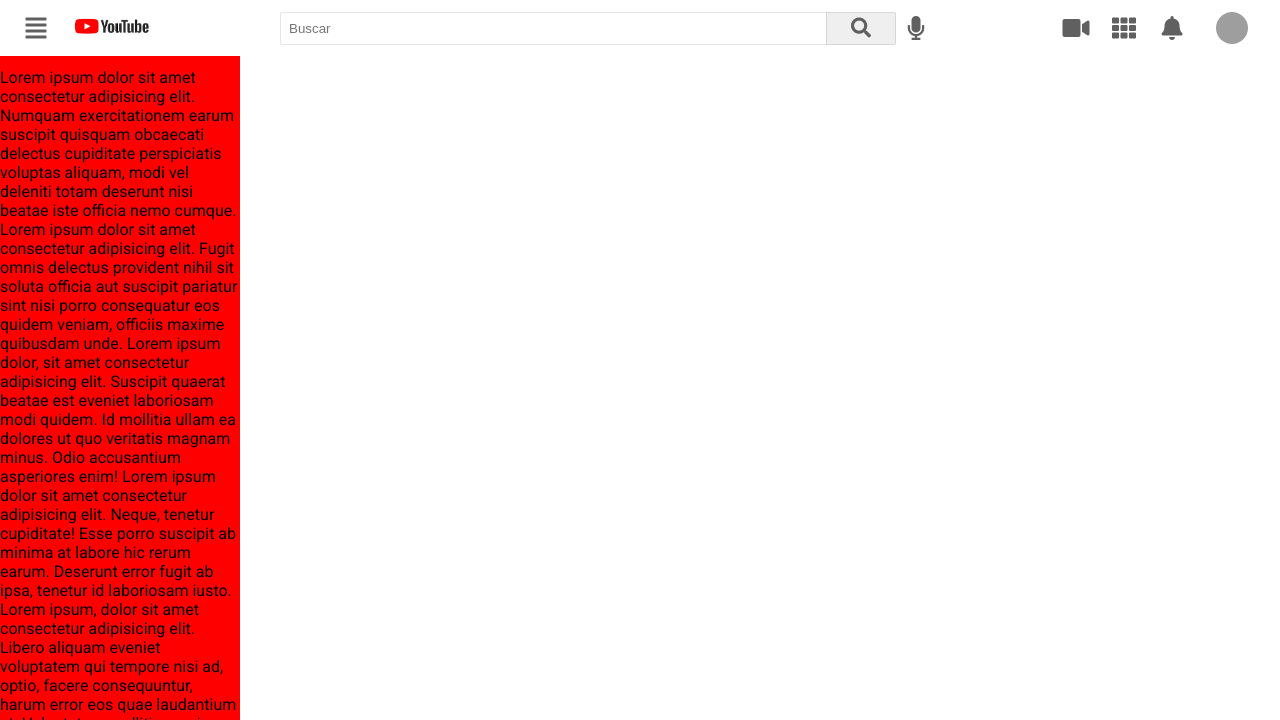
Repository: RobertAries28/ClonYoutube
Page: index.html
These files come from the project's save history. The page is drawn as it stood at one moment and after the next save; the edit follows.
The browser window is 1280 px wide. The pictures show the whole page.
Pictures or frames that could not be fetched are drawn as grey boxes. Some web libraries are served in a nearby version.

Above is the page before, as saved 2021-08-30 23:29:16.

### index.html
<!DOCTYPE html>
<html lang="en">
<head>
    <meta charset="UTF-8">
    <meta http-equiv="X-UA-Compatible" content="IE=edge">
    <meta name="viewport" content="width=device-width, initial-scale=1.0">
    <link rel="stylesheet" href="style.css">
    <link rel="stylesheet" href="https://use.fontawesome.com/releases/v5.8.1/css/all.css" integrity="sha384-50oBUHEmvpQ+1lW4y57PTFmhCaXp0ML5d60M1M7uH2+nqUivzIebhndOJK28anvf" crossorigin="anonymous">


    <title>Document</title>
</head>
<body>
   <header class="main-header">
       <div class="place-center button-container">
            <button class=" action-button fas fa-align-justify"></button>
            <img class="logo" src="data:[embedded picture, 3218 characters]" alt="">
        </div>


       <div class="middle place-center">
           <form class=" place-center form-search">
               <input type="search" placeholder="Buscar" class="input">
              <button class="submit fas fa-search" data-tooltip="Buscar"></button>
            </form>

           <button data-tooltip="Haz busqueda por voz" class=" action-button fas fa-microphone"></button>
       </div>

       <div class="place-center button-container">


        <button data-tooltip="Crear" class=" action-button fas fa-video"></button>
        <button data-tooltip="Aplicaciones de youtube" class=" action-button fas fa-th"></button>
        <button  data-tooltip="Notificaciones" class=" action-button fas fa-bell"></button>
        <div class="user">
           <div class="user-avatar">

               <img class="image" src="https://i.pinimg.com/280x280_RS/7d/d0/f4/7dd0f465ad261b24bc09a1508da78cc1.jpg" alt="">
           </div>
        </div>
       </div>
   </header>

   <div class="main-sidebar">
    Lorem ipsum dolor sit amet consectetur adipisicing elit. Numquam exercitationem earum suscipit quisquam obcaecati delectus cupiditate perspiciatis voluptas aliquam, modi vel deleniti totam deserunt nisi beatae iste officia nemo cumque.
    Lorem ipsum dolor sit amet consectetur adipisicing elit. Fugit omnis delectus provident nihil sit soluta officia aut suscipit pariatur sint nisi porro consequatur eos quidem veniam, officiis maxime quibusdam unde.
    Lorem ipsum dolor, sit amet consectetur adipisicing elit. Suscipit quaerat beatae est eveniet laboriosam modi quidem. Id mollitia ullam ea dolores ut quo veritatis magnam minus. Odio accusantium asperiores enim!
    Lorem ipsum dolor sit amet consectetur adipisicing elit. Neque, tenetur cupiditate! Esse porro suscipit ab minima at labore hic rerum earum. Deserunt error fugit ab ipsa, tenetur id laboriosam iusto.
    Lorem ipsum, dolor sit amet consectetur adipisicing elit. Libero aliquam eveniet voluptatem qui tempore nisi ad, optio, facere consequuntur, harum error eos quae laudantium ut. Voluptatem mollitia aperiam quidem fugit?
    Lorem ipsum dolor sit amet consectetur adipisicing elit. Consectetur at alias sed maiores nihil illum natus vitae delectus aliquid! Maxime temporibus, nam nobis fugiat vitae id? Totam odit similique voluptates!
    Lorem ipsum dolor sit amet consectetur adipisicing elit. Mollitia quam quos dolore iusto molestiae necessitatibus velit commodi? Modi, iure quos. Fuga ab aperiam cupiditate id, harum dolorum asperiores sunt! Sit.
   </div>
</body>
</html>

### style.css

@import url('https://fonts.googleapis.com/css2?family=Roboto:wght@400;500&display=swap');

*{
    margin:  0;
    padding: 0;
    box-sizing: border-box;
}

 /* variables globales */

:root{
    /* colores*/
    --accent-color: #ff0000;
    --grey-color: #909090;
    --grey-color-alt: #CCC;
    --border-color: rgba(0,0,0,0.1);

    /*colores de fondo*/
    --bg-color: #fff;
     --bgcolor-alt: #f9f9f9;
     --bg-color-active: #e5e5e5;

     /*colores de texto*/

     --text-color: #030303;
     --text-color-alt: #606060;
     --text-color-white: #fff;

  /* fuentes */
     --body-font : 'Roboto',sans-serif;


     /* Tamaño de texto*/
--big-font-size: 1.125rem;
--normal-font-size: 1rem;
--small-font-size: 0.875rem;
--smaller-font-size: 0.75rem;
--font-bold: 500;

/* otros*/
  --header-height: 56px;
  --z-tooltip: 25;
  --z-fixed: 100;
  --border-radius: 2px;
}



body{
    font-family: var(--body-font);
}

h1,h2,h3,h4,h5,h6,b{
    font-weight: var(--font-bold);
}

button{

}

img{
    width: 100%;
}

.place-center{
    display: flex;
    justify-content: center;
    align-items: center;
}

.button-container{
    display: flex;
    gap: 0.5rem;
}

/******------cabecera principal -----***/

.main-header{
    height: var(--header-height);

    display: flex;
    justify-content: space-between;
    padding: 0 1rem;
    align-items: center;
    position: fixed;
    width: 100%;
    left: 0;
    top: 0;
    z-index: var(--z-fixed);

}

.main-header img{
    height: 56px;
}

.main-header .logo{
    width: 6rem;
}

.main-header .middle{
    flex-basis: 720px;

    padding: 0 2rem;
}

.main-header .form-search{
 flex-grow: 1;
 align-items: stretch;
}

.main-header .input{
    flex-grow: 1;
    padding: 0.5rem;
    border: 1px solid var(--border-color);
    border-right: 0;
    border-radius: var(--border-radius) 0 0 var(--border-radius);


}

.main-header .submit{
    padding: 0 1.5rem;
    border: 1px solid var(--border-color);
    font-size: 1.25rem;
    color: var(--text-color-alt);
    border-radius: 0 var(--border-radius) var(--border-radius) 0;
    cursor: pointer;
}



/*----Avatar del usuario----*/
.user-avatar{
    --size: 2rem;
    width:  var(--size);
    height: var(--size);
    cursor: pointer;
    flex: none;

}

.user{
    padding: 0 1rem;
}

.user-avatar .image{
    width: 100%;
    height: 100%;
    object-fit: cover;
    border-radius: 50%;
}


/* Botones de accion **/
.action-button{
    --size: 2.5rem;
    height: var(--size);
    width: var(--size);
    border-radius: 50%;
    border: 1px solid transparent;
    background: none;
    transition: border-color 1s;
    cursor: pointer;
}
.action-button::before{
    color: var(--text-color-alt);
    font-size: 1.5rem;
}

.action-button:active{
    background-color: var(--bg-color-active) ;
    border-color: var(--bg-color-active);
}


/* tooltip*/
[data-tooltip]{
    position: relative;
}

[data-tooltip]:hover::after{
    opacity: 1;
}

[data-tooltip]::after{
    content: attr(data-tooltip);
    position: absolute;
    left: 50%;
    top: 3.5rem;
    transform: translateX(-50%);
    padding: 0.5rem;
    background-color: var(--text-color-alt);
    color: var(--text-color-white);
    font-family: var(--body-font);
    font-size: var(--smaller-font-size);
    border-radius: var(--border-radius);
       white-space: nowrap;
       opacity: 0;
    pointer-events:none;
    transition: opacity 0.5s;
    z-index: var(--z-tooltip);
}


/***** menu lateral***/

.main-sidebar{
    position: fixed;
    top: var(--header-height);
    height: calc(100vh - var(--header-height));
    width: 240px;
    padding: 0.75rem 0;
    background-color: red;
    overflow: auto;
}

After the next save:
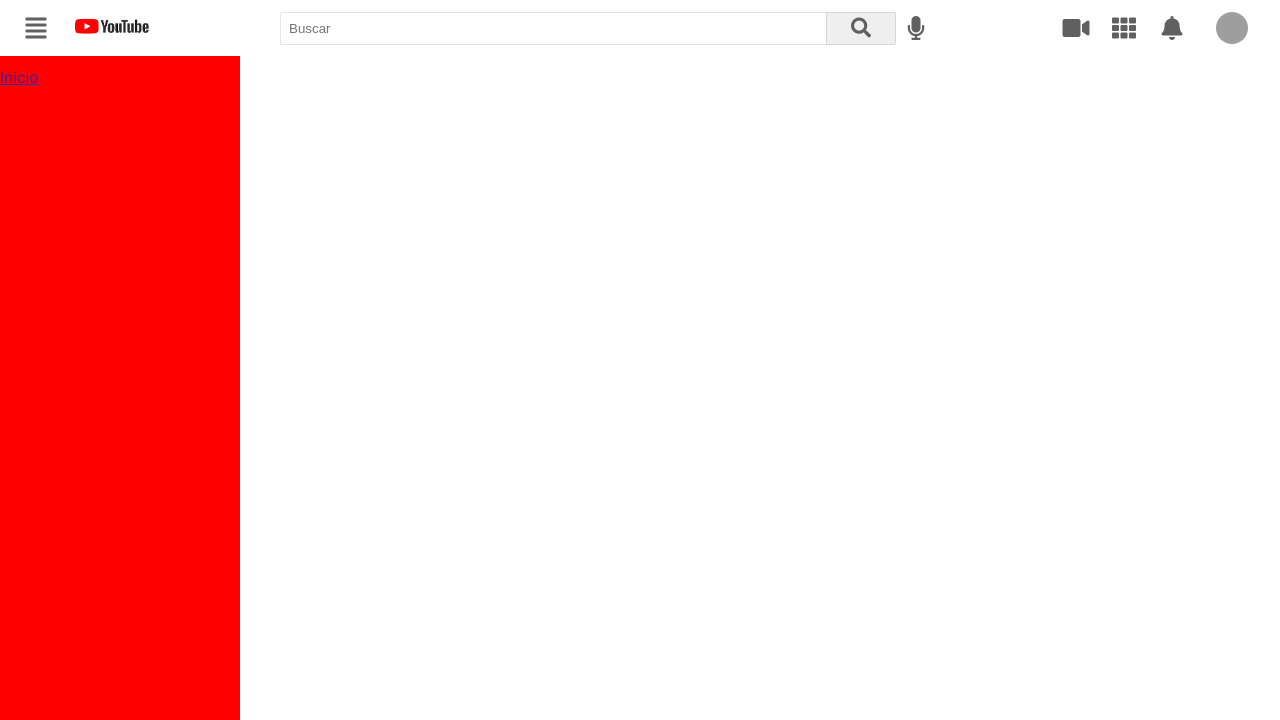
Saved 8 min 39 s later.
--- a/index.html
+++ b/index.html
@@ -43,13 +43,13 @@
    </header>
 
    <div class="main-sidebar">
-    Lorem ipsum dolor sit amet consectetur adipisicing elit. Numquam exercitationem earum suscipit quisquam obcaecati delectus cupiditate perspiciatis voluptas aliquam, modi vel deleniti totam deserunt nisi beatae iste officia nemo cumque.
-    Lorem ipsum dolor sit amet consectetur adipisicing elit. Fugit omnis delectus provident nihil sit soluta officia aut suscipit pariatur sint nisi porro consequatur eos quidem veniam, officiis maxime quibusdam unde.
-    Lorem ipsum dolor, sit amet consectetur adipisicing elit. Suscipit quaerat beatae est eveniet laboriosam modi quidem. Id mollitia ullam ea dolores ut quo veritatis magnam minus. Odio accusantium asperiores enim!
-    Lorem ipsum dolor sit amet consectetur adipisicing elit. Neque, tenetur cupiditate! Esse porro suscipit ab minima at labore hic rerum earum. Deserunt error fugit ab ipsa, tenetur id laboriosam iusto.
-    Lorem ipsum, dolor sit amet consectetur adipisicing elit. Libero aliquam eveniet voluptatem qui tempore nisi ad, optio, facere consequuntur, harum error eos quae laudantium ut. Voluptatem mollitia aperiam quidem fugit?
-    Lorem ipsum dolor sit amet consectetur adipisicing elit. Consectetur at alias sed maiores nihil illum natus vitae delectus aliquid! Maxime temporibus, nam nobis fugiat vitae id? Totam odit similique voluptates!
-    Lorem ipsum dolor sit amet consectetur adipisicing elit. Mollitia quam quos dolore iusto molestiae necessitatibus velit commodi? Modi, iure quos. Fuga ab aperiam cupiditate id, harum dolorum asperiores sunt! Sit.
+       <nav class="main-nav">
+          <ul>
+              <li>
+                  <a href="" class="link">Inicio</a>
+              </li>
+          </ul>
+       </nav>
    </div>
 </body>
 </html>
